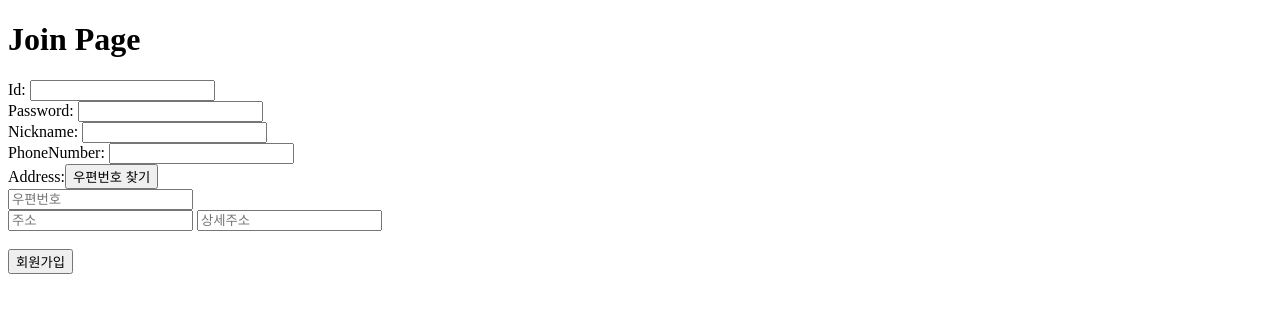
Repository: jeeniii/test2022_12_29
Page: http://localhost/portfolio/mem/join
The author's editor kept a copy of each file at every save. The page is drawn from the files as they stood at one save, then again after the next save.
The browser window is 1280 px wide. The pictures show the whole page.
The page is served by Tomcat 9. Other server files are loaded and not shown.

Above is the page before, as saved 2022-12-12 01:48:41.

### JSP_Portfolio/portfolio/src/main/webapp/member/join.jsp
<%@ page language="java" contentType="text/html; charset=UTF-8"
    pageEncoding="UTF-8"%>
<!DOCTYPE html>
<html>
<head>
<meta charset="UTF-8">
<title>Insert title here</title>
</head>
<body>
<h1>Join Page</h1>
<form action="/mem/register" method="post">
	Id: <input type="text" name="id" > <br>
	Password: <input type="password" name="pwd"> <br>
	Nickname: <input type="text" name="nick_name"> <br>
	PhoneNumber: <input type="text" name="phone" oninput="hypenTel(this)" maxlength="13"> <br>
	Address:<input type="button" onclick="sample6_execDaumPostcode()" value="우편번호 찾기"> <br>
			<input type="text" id="sample6_postcode" placeholder="우편번호"><br>
			<input type="text" name="addr1" id="sample6_address" placeholder="주소">
			<input type="text" name="addr2" id="sample6_detailAddress" placeholder="상세주소"">
			<input type="hidden" id="sample6_extraAddress" placeholder="참고항목"> <br><br>
	<button type="submit">회원가입</button>
</form>
<script src="//t1.daumcdn.net/mapjsapi/bundle/postcode/prod/postcode.v2.js"></script>
<script type="text/javascript">


const hypenTel = (target) => {
	 target.value = target.value
	   .replace(/[^0-9]/g, '')
	   .replace(/^(\d{2,3})(\d{3,4})(\d{4})$/, `$1-$2-$3`);
}

function sample6_execDaumPostcode() {
    new daum.Postcode({
        oncomplete: function(data) {
            var addr = '';
            var extraAddr = '';

            if (data.userSelectedType === 'R') {
                addr = data.roadAddress;
            } else {
                addr = data.jibunAddress;
            }

            if(data.userSelectedType === 'R'){
                if(data.bname !== '' && /[동|로|가]$/g.test(data.bname)){
                    extraAddr += data.bname;
                }
                if(data.buildingName !== '' && data.apartment === 'Y'){
                    extraAddr += (extraAddr !== '' ? ', ' + data.buildingName : data.buildingName);
                }
                if(extraAddr !== ''){
                    extraAddr = ' (' + extraAddr + ')';
                }
                document.getElementById("sample6_extraAddress").value = extraAddr;

            } else {
                document.getElementById("sample6_extraAddress").value = '';
            }

            document.getElementById('sample6_postcode').value = data.zonecode;
            document.getElementById("sample6_address").value = addr;
            document.getElementById("sample6_detailAddress").focus();
        }
    }).open();
}
</script>
</body>
</html>

### JSP_Portfolio/portfolio/src/main/java/controller/MemberController.java
package controller;

import java.io.IOException;
import java.util.List;

import javax.servlet.RequestDispatcher;
import javax.servlet.ServletException;
import javax.servlet.annotation.WebServlet;
import javax.servlet.http.HttpServlet;
import javax.servlet.http.HttpServletRequest;
import javax.servlet.http.HttpServletResponse;
import javax.servlet.http.HttpSession;

import org.slf4j.Logger;
import org.slf4j.LoggerFactory;

import domain.MemberVO;
import service.MemberService;
import service.MemberServiceImpl;

@WebServlet("/mem/*")
public class MemberController extends HttpServlet {
	private static final long serialVersionUID = 1L;
	private Logger log=LoggerFactory.getLogger(MemberController.class);
    private MemberService msv;
    private RequestDispatcher rdp;
    private String destPage;
    private int isOk;

    public MemberController() {
    	msv=new MemberServiceImpl();
    }

	protected void service(HttpServletRequest req, HttpServletResponse res) throws ServletException, IOException {
		req.setCharacterEncoding("utf-8");
		res.setCharacterEncoding("utf-8");
		res.setContentType("text/html; charset=utf-8");

		String uri=req.getRequestURI();
		String path=uri.substring(uri.lastIndexOf("/")+1);
		log.info("uri>> "+uri);
		log.info("path>> "+path);

		switch(path) {
		case "login":
			destPage="/member/login.jsp";
			break;

		case "join":
			destPage="/member/join.jsp";

			break;

		case "register":
			try {
				log.info("register check1");
				MemberVO mvo=new MemberVO(
						req.getParameter("id"),
						req.getParameter("pwd"),
						req.getParameter("nick_name"),
						req.getParameter("phone"),
						req.getParameter("addr1")+req.getParameter("addr2"));
				System.out.println(mvo.getId()=="");
				System.out.println(mvo.getPwd()=="");
				System.out.println(mvo.getNick_name()=="");
				System.out.println(mvo.getPhone()=="");
				if(
						mvo.getId()==""||
						mvo.getPwd()==""||
						mvo.getNick_name()==""||
						mvo.getPhone()=="") {
					log.info("Resend check");
					req.setAttribute("msg_register", false);
					//res.sendRedirect("/");
					destPage="/";
					//return;
				}else {
					isOk=msv.register(new MemberVO(
							req.getParameter("id"),
							req.getParameter("pwd"),
							req.getParameter("nick_name"),
							req.getParameter("phone"),
							req.getParameter("addr1").concat(", ").concat(req.getParameter("addr2"))));
					if(isOk>0) {
						req.setAttribute("msg_register", true);
					}
					log.info("register check4");
					destPage="/";
				}
			} catch (Exception e) {
				log.info("register error");
				e.printStackTrace();
			}
			break;

		case "login_auth": //실제 로그인이 일어나는 케이스
			try {
				MemberVO mvo=msv.login(new MemberVO(req.getParameter("id"),req.getParameter("pwd")));
				log.info("login check");
				if(mvo != null) {
					//세션 가져오기. 연결된 세션이 없다면 새로 생성
					HttpSession ses=req.getSession();
					//ses로 mvo를 바인딩
					ses.setAttribute("ses", mvo);
					ses.setMaxInactiveInterval(10*60);
					req.setAttribute("msg_login", true);
				}else {
					req.setAttribute("msg_login", false);
				}
				destPage="/";
			} catch (Exception e) {
				log.info("login_auth error");
				e.printStackTrace();
			}
			break;

		case "logout":
			try {
				HttpSession ses=req.getSession();
				ses.invalidate(); //무효화하다
				//로그인 정보 id를 주고 로그인 시간 update
				isOk=msv.lastLogin(req.getParameter("id"));
				log.info("check1");
				log.info("logout>> :"+(isOk>0?"Ok":"Fail"));
				destPage="/";
			} catch (Exception e) {
				log.info("logout error");
				e.printStackTrace();
			}
			break;

		case "list":
			try {
				log.info("list 1");
				List<MemberVO> list=msv.getList();
				req.setAttribute("list", list);
				log.info("list 4");
				destPage="/member/list.jsp";
			} catch (Exception e) {
				log.info("list error");
				e.printStackTrace();
			}
			break;

		case "modify":
			try {
				log.info("modify1");
				String id=req.getParameter("id");
				MemberVO mvo=msv.modify(id);
				req.setAttribute("mvo", mvo);
				log.info("modify4");
				destPage="/member/modify.jsp";
			} catch (Exception e) {
				log.info("modify error");
				e.printStackTrace();
			}
			break;

		case "update":
			try {
				log.info("update1");
				String id=req.getParameter("id");
				String pwd=req.getParameter("pwd");
				String nick_name=req.getParameter("nick_name");
				String phone=req.getParameter("phone");
				String addr=req.getParameter("addr1").concat(", ").concat(req.getParameter("addr2"));
				MemberVO mvo=new MemberVO(id,pwd,nick_name,phone,addr);
				isOk=msv.update(mvo);
				log.info("update4");
				if(isOk>0) {
					HttpSession ses=req.getSession();
					ses.setAttribute("ses", mvo);
					ses.setMaxInactiveInterval(10*60);
				}else {
					req.setAttribute("msg_update", 0);
				}
				log.info("controller update> "+(isOk>0?"ok":"fail"));
				destPage="/";
			} catch (Exception e) {
				log.info("update error");
				e.printStackTrace();
			}
			break;

		case "remove":
			try {
				log.info("remove1");
				String id=req.getParameter("id");
				HttpSession ses=req.getSession();
				ses.invalidate();
				isOk=msv.remove(id);
				destPage="/";
				log.info("remove4");
			} catch (Exception e) {
				log.info("remove error");
				e.printStackTrace();
				break;

			}
		default:
			break;
		}

		rdp=req.getRequestDispatcher(destPage);
		rdp.forward(req, res);
	}

	protected void doGet(HttpServletRequest request, HttpServletResponse response) throws ServletException, IOException {
		service(request, response);
	}

	protected void doPost(HttpServletRequest request, HttpServletResponse response) throws ServletException, IOException {
		service(request, response);
	}

}

### JSP_Portfolio/portfolio/src/main/java/service/MemberServiceImpl.java
package service;

import java.util.List;

import org.slf4j.Logger;
import org.slf4j.LoggerFactory;

import domain.MemberVO;
import repository.MemberDAO;
import repository.MemberDAOImpl;

public class MemberServiceImpl implements MemberService {
	private static final Logger log=LoggerFactory.getLogger(MemberServiceImpl.class);
	private MemberDAO mdao;

	public MemberServiceImpl() {
		mdao=new MemberDAOImpl();
	}

	@Override
	public int register(MemberVO mvo) {
		log.info("register check2");
		return mdao.insert(mvo);
	}

	@Override
	public MemberVO login(MemberVO mvo) {
		log.info("login check2");
		return mdao.selectOne(mvo);
	}

	@Override
	public int lastLogin(String id) {
		log.info("logout check2");
		return mdao.update(id);
	}

	@Override
	public List<MemberVO> getList() {
		log.info("list check2");
		return mdao.seletList();
	}

	@Override
	public MemberVO modify(String id) {
		log.info("modify check2");
		return mdao.modify(id);
	}

	@Override
	public int update(MemberVO mvo) {
		log.info("update check2");
		return mdao.update(mvo);
	}

	@Override
	public int remove(String id) {
		log.info("remove2");
		return mdao.delete(id);
	}

}

### JSP_Portfolio/portfolio/src/main/java/repository/MemberDAO.java
package repository;

import java.util.List;

import domain.MemberVO;

public interface MemberDAO {

	int insert(MemberVO mvo);

	MemberVO selectOne(MemberVO mvo);

	int update(String id);

	List<MemberVO> seletList();

	MemberVO modify(String id);

	int update(MemberVO mvo);

	int delete(String id);

}

### JSP_Portfolio/portfolio/src/main/java/repository/MemberDAOImpl.java
package repository;


import java.util.List;

import org.apache.ibatis.session.SqlSession;
import org.slf4j.Logger;
import org.slf4j.LoggerFactory;

import domain.MemberVO;
import orm.DataBaseBuilder;

public class MemberDAOImpl implements MemberDAO {
	private static final Logger log=LoggerFactory.getLogger(MemberDAOImpl.class);
	private SqlSession sql;
	private final String NS="MemberMapper.";

	public MemberDAOImpl() {
		new DataBaseBuilder();
		sql=DataBaseBuilder.getFactory().openSession();
	}

	@Override
	public int insert(MemberVO mvo) {
		log.info("check");
		int isOk=sql.insert(NS+"add",mvo);
		if(isOk>0) {
			sql.commit();
		}
		log.info("register check3");
		return isOk;
	}

	@Override
	public MemberVO selectOne(MemberVO mvo) {
		log.info("login check3");
		return sql.selectOne(NS+"login",mvo);
	}

	@Override
	public int update(String id) {
		int isOk=sql.update(NS+"last",id);
		if(isOk>0) {
			sql.commit();
		}
		log.info("logout check3");
		return isOk;
	}

	@Override
	public List<MemberVO> seletList() {
		log.info("list check3");
		return sql.selectList(NS+"list");
	}

	@Override
	public MemberVO modify(String id) {
		log.info("modify check3");
		return sql.selectOne(NS+"modify",id);
	}

	@Override
	public int update(MemberVO mvo) {
		int isOk=sql.update(NS+"update",mvo);
		if(isOk>0) {
			sql.commit();
		}
		log.info("update check3");
		return isOk;
	}

	@Override
	public int delete(String id) {
		log.info("remove3");
		int isOk=sql.delete(NS+"delete",id);
		if(isOk>0) {
			sql.commit();
		}
		return isOk;
	}

}

### JSP_Portfolio/portfolio/src/main/java/orm/DataBaseBuilder.java
package orm;

import org.apache.ibatis.io.Resources;
import org.apache.ibatis.session.SqlSessionFactory;
import org.apache.ibatis.session.SqlSessionFactoryBuilder;

public class DataBaseBuilder {
	private static SqlSessionFactory factory;

	static {
		try {
			factory=new SqlSessionFactoryBuilder().build(Resources.getResourceAsReader("orm/MybatisConfig.xml"));
		} catch (Exception e) {
			System.out.println("mybatis error");
			e.printStackTrace();
		}
	}
	public static SqlSessionFactory getFactory() {
		return factory;
	}

}

### JSP_Portfolio/portfolio/src/main/java/domain/MemberVO.java
package domain;

public class MemberVO {
	/*create table member3 (
	id varchar(100) not null,
	pwd varchar(100) not null,
	nick_name varchar(100) not null,
	reg_at datetime default current_timestamp,
	last_login datetime not null,
	primary key(id));*/
	private String id;
	private String pwd;
	private String nick_name;
	private String phone;
	private String addr;
	private String reg_at;
	private String last_login;

	public MemberVO() {}

	//login(id,pwd)
	public MemberVO(String id,String pwd) {
		this.id=id;
		this.pwd=pwd;
	}
	//join,modify(id,pwd,nick_name)
	public MemberVO(String id,String pwd,String nick_name,String phone,String addr) {
		this.id=id;
		this.pwd=pwd;
		this.nick_name=nick_name;
		this.phone=phone;
		this.addr=addr;
	}
	//list(all)
	public MemberVO(String id,String pwd,String nick_name,String phone,String addr,String reg_at,String last_login) {
		this.id=id;
		this.pwd=pwd;
		this.nick_name=nick_name;
		this.phone=phone;
		this.addr=addr;
		this.reg_at=reg_at;
		this.last_login=last_login;
	}

	public String getId() {
		return id;
	}

	public void setId(String id) {
		this.id = id;
	}

	public String getPwd() {
		return pwd;
	}

	public void setPwd(String pwd) {
		this.pwd = pwd;
	}

	public String getNick_name() {
		return nick_name;
	}

	public void setNick_name(String nick_name) {
		this.nick_name = nick_name;
	}

	public String getReg_at() {
		return reg_at;
	}

	public void setReg_at(String reg_at) {
		this.reg_at = reg_at;
	}

	public String getLast_login() {
		return last_login;
	}

	public void setLast_login(String last_login) {
		this.last_login = last_login;
	}

	public String getPhone() {
		return phone;
	}

	public void setPhone(String phone) {
		this.phone = phone;
	}

	public String getAddr() {
		return addr;
	}

	public void setAddr(String addr) {
		this.addr = addr;
	}

}

After the next save:
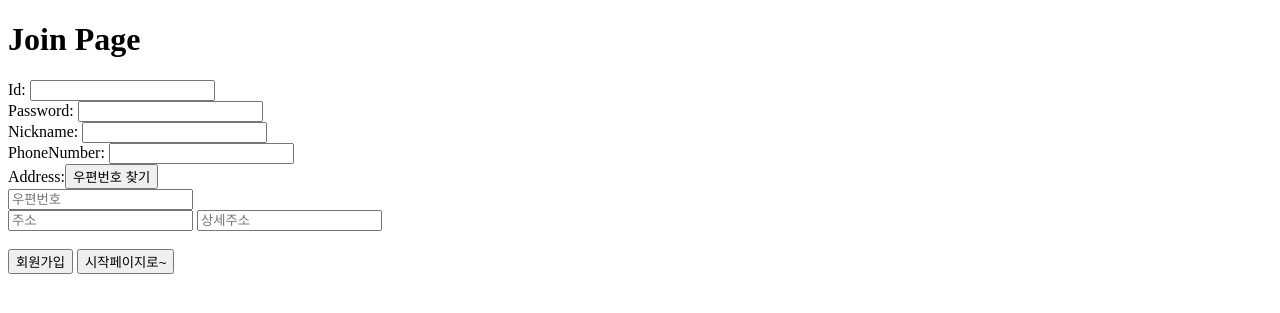
Saved 3 min 0 s later.
--- a/JSP_Portfolio/portfolio/src/main/webapp/member/join.jsp
+++ b/JSP_Portfolio/portfolio/src/main/webapp/member/join.jsp
@@ -19,6 +19,7 @@
 			<input type="text" name="addr2" id="sample6_detailAddress" placeholder="상세주소"">
 			<input type="hidden" id="sample6_extraAddress" placeholder="참고항목"> <br><br>
 	<button type="submit">회원가입</button>
+	<a href="/"> <button type="button">시작페이지로~</button> </a>
 </form>
 <script src="//t1.daumcdn.net/mapjsapi/bundle/postcode/prod/postcode.v2.js"></script>
 <script type="text/javascript">
